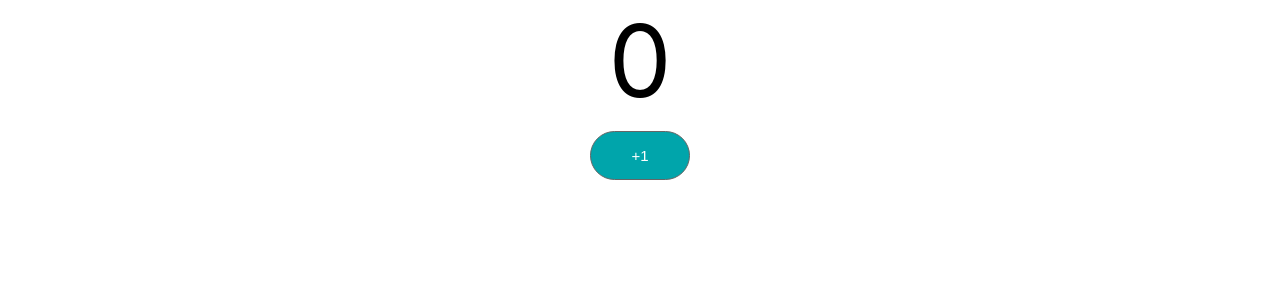
Repository: alexveremis/ReactWithRestAPI
Page: /
The author's editor kept a copy of each file at every save. The page is drawn from the files as they stood at one save, then again after the next save.
The browser window is 1280 px wide. The pictures show the whole page.
The project was rebuilt for these pictures with package versions that can differ from the ones it lists, and the page was loaded fresh each time.

Above is the page before, as saved 2023-11-01 15:56:35.

### src/App.js
import './App.css';
import Counter from './components/counter/Counter'


function App() {
  return (
    <div className="App">
      <Counter />
    </div>
  );
}

export default App;

### src/components/counter/Counter.jsx
import { useState } from 'react'
import './Counter.css'

export default function Counter() {

    const [count, setCount] = useState(0);



    function incrementCounterFunction() {
        setCount(count +1)
        console.log(count)
        console.log('increment clicked')
    }
    return (
        <div className="Counter">
            <span className="count">{count}</span>
            <div>
                <button className="counterButton"
                        onClick={incrementCounterFunction}
                        >+1</button>
            </div>
        </div>
    )

}

### src/components/counter/Counter.css
.counterButton {
    font-size:15px;
    background-color:#00a5ab;
    width:100px;
    margin:10px;
    color:white;
    padding: 15px;
    border: 1px solid #666666;
    border-radius: 30px;
}

.count {
    font-size: 100px;
    padding: 20px;
}

Loaded but not shown: public/index.html (common file); src/index.js (common file); src/index.css (common file); src/reportWebVitals.js (common file); src/App.css (common file)

After the next save:
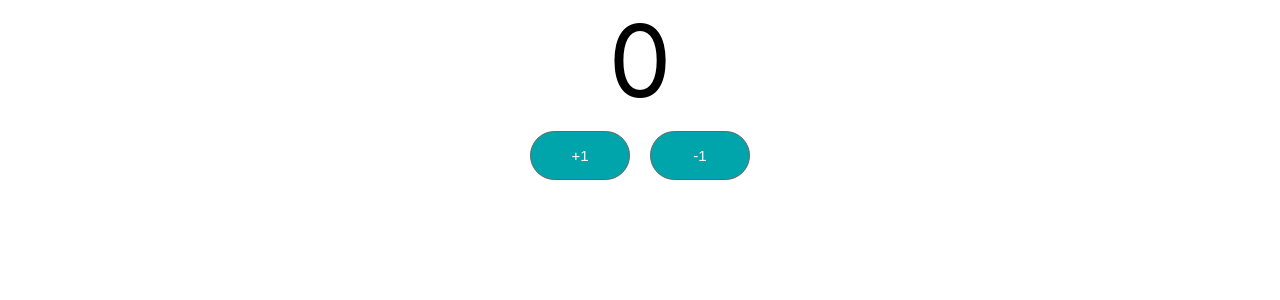
Saved 20 h 37 min later.
--- a/src/components/counter/Counter.jsx
+++ b/src/components/counter/Counter.jsx
@@ -12,13 +12,24 @@ export default function Counter() {
         console.log(count)
         console.log('increment clicked')
     }
+    function decrementCounterFunction() {
+        setCount(count -1)
+        console.log(count)
+        console.log('dec clicked')
+    }
+
     return (
         <div className="Counter">
             <span className="count">{count}</span>
             <div>
                 <button className="counterButton"
                         onClick={incrementCounterFunction}
-                        >+1</button>
+                        >+1
+                </button>
+                <button className="counterButton"
+                        onClick={decrementCounterFunction}
+                        >-1
+                </button>
             </div>
         </div>
     )
